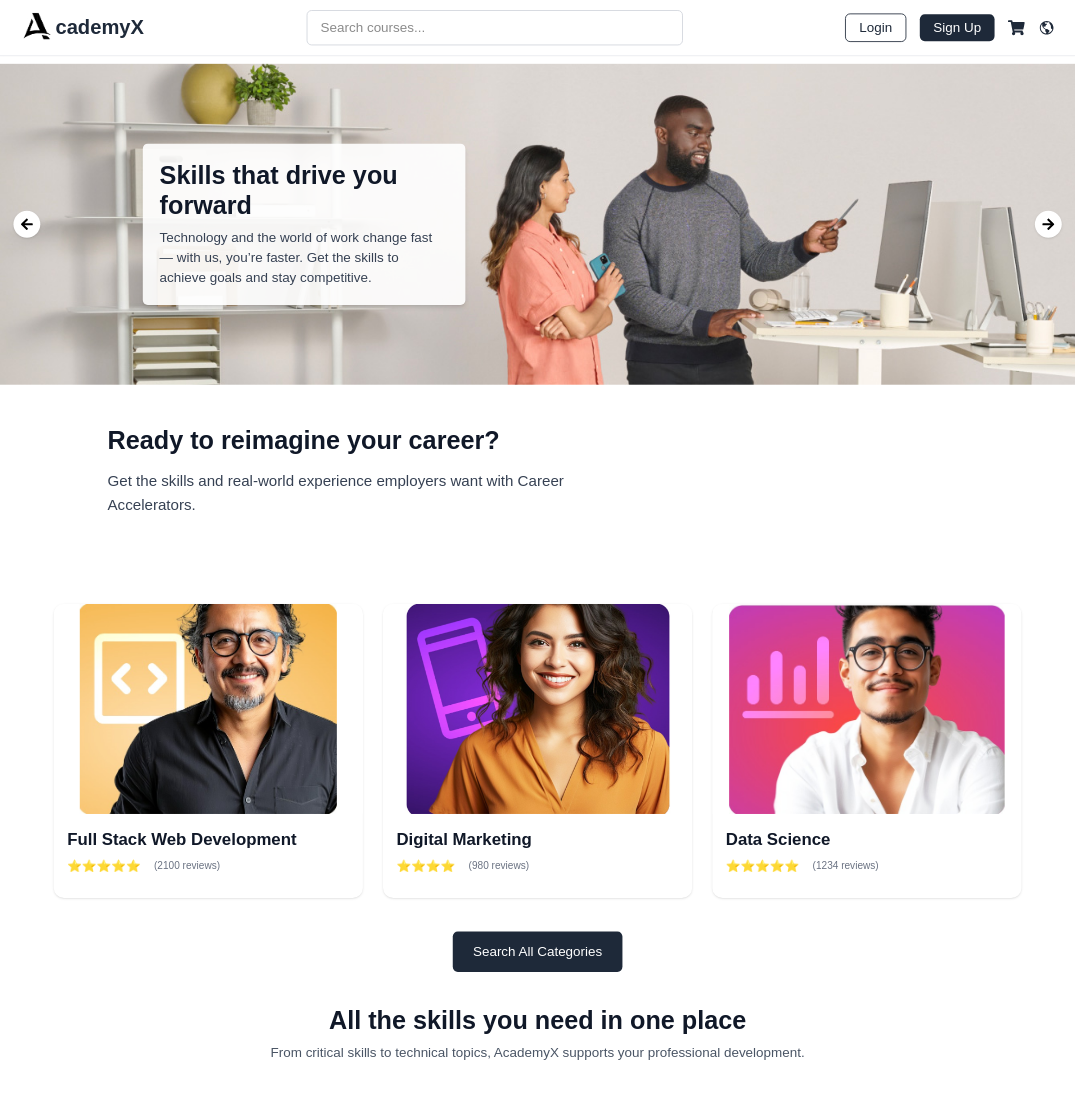
Repository: MohamedSalah54/full-stack-e-learning
Page: / (app in frontend/)
An editor plug-in stored every save of this project. The page is shown before and after the next save, followed by the edit.
The browser window is 1280 px wide. The pictures show the whole page, at 84% of full size.
The project was rebuilt for these pictures with package versions that can differ from the ones it lists, and the page was loaded fresh each time. The framework's server and built-in components were replaced by stand-ins that run in the browser. Also part of the build but not shown: frontend/next.config.ts.

Above is the page before, as saved 2025-06-15 14:25:45.

After the next save:
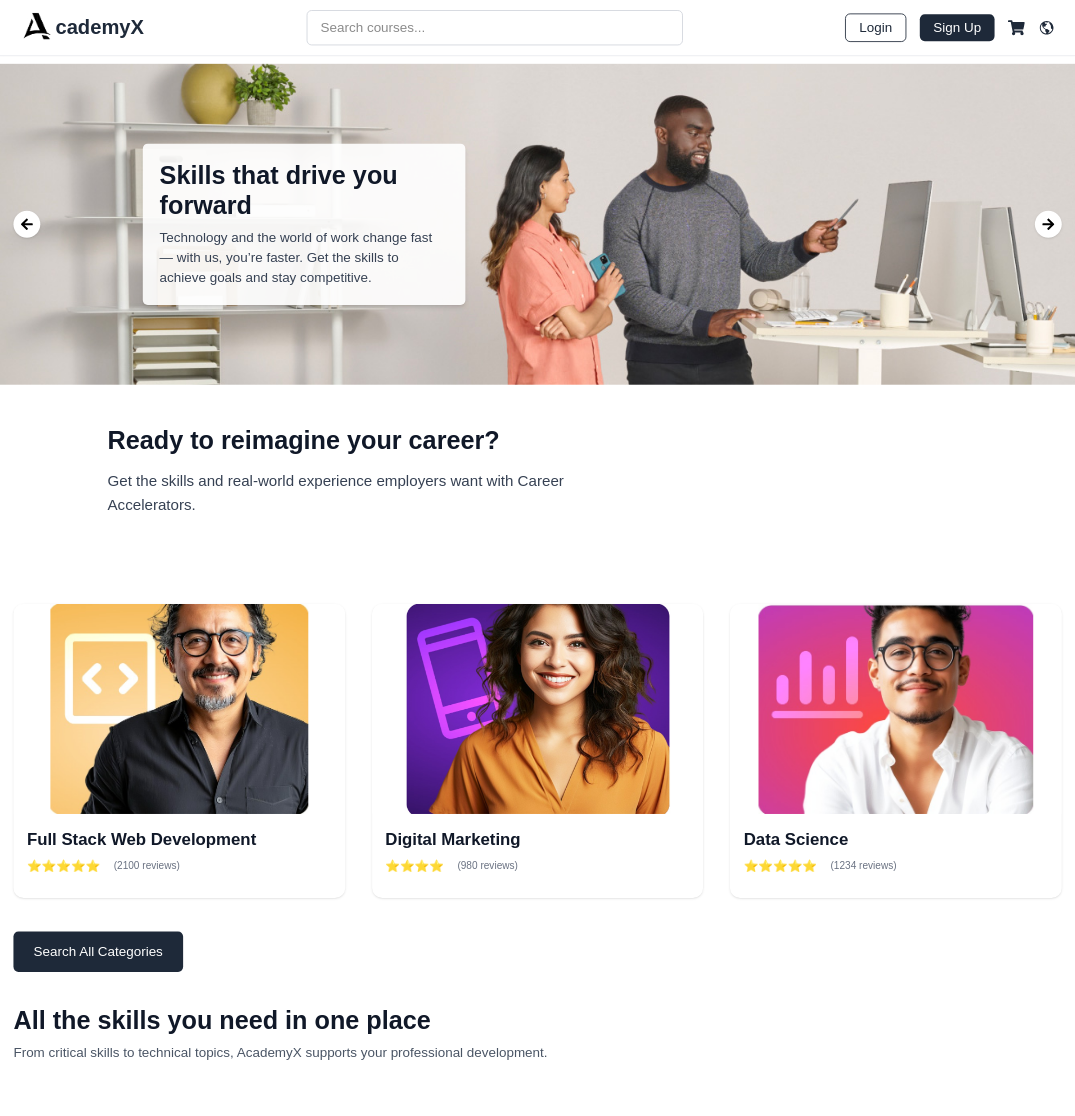
Saved 70 s later.
--- a/frontend/src/components/home/HeroCategories.tsx
+++ b/frontend/src/components/home/HeroCategories.tsx
@@ -3,37 +3,50 @@
 const HeroCategories = () => {
     const categories = heroCategories
     return (
-        <section className="w-full py-16 px-4 bg-white">
-            {/* Cards */}
-            <div className="max-w-6xl mx-auto grid grid-cols-1 sm:grid-cols-2 md:grid-cols-3 gap-6">
-                {categories.map((cat, index) => (
-                    <div key={index} className="bg-white rounded-xl overflow-hidden shadow transition min-h-[350px]">
-                        <img src={cat.image} alt={cat.title} className="w-full h-[250px] object-contain bg-white" />
-                        <div className="p-4">
-                            <h3 className="text-xl font-semibold text-gray-900 mb-2">{cat.title}</h3>
-                            <p className="text-sm text-gray-600 flex items-center gap-2">
-                                {"⭐".repeat(Math.round(cat.rating))}
-                                <span className="text-xs text-gray-500 ml-2">({cat.reviews} reviews)</span>
-                            </p>
-                        </div>
-                    </div>
+       <section className="w-full py-16 px-4 bg-white">
+  {/* Cards */}
+  <div className="max-w-7xl mx-auto grid grid-cols-1 sm:grid-cols-2 lg:grid-cols-3 gap-8">
+    {categories.map((cat, index) => (
+      <div
+        key={index}
+        className="bg-white rounded-xl overflow-hidden shadow transition min-h-[350px] hover:bg-gray-100 cursor-pointer"
+      >
+        <img
+          src={cat.image}
+          alt={cat.title}
+          className="w-full h-[250px] object-contain bg-white"
+        />
+        <div className="p-4">
+          <h3 className="text-xl font-semibold text-gray-900 mb-2">{cat.title}</h3>
+          <p className="text-sm text-gray-600 flex items-center gap-2">
+            {"⭐".repeat(Math.round(cat.rating))}
+            <span className="text-xs text-gray-500 ml-2">
+              ({cat.reviews} reviews)
+            </span>
+          </p>
+        </div>
+      </div>
+    ))}
+  </div>
 
-                ))}
-            </div>
+  {/* Search button */}
+  <div className="flex justify-start mt-10 max-w-7xl mx-auto">
+    <button className="bg-gray-800 text-white px-6 py-3 rounded-md hover:bg-gray-700 transition cursor-pointer">
+      Search All Categories
+    </button>
+  </div>
 
-            {/* Search button */}
-            <div className="flex justify-center mt-10">
-                <button className="bg-gray-800 text-white px-6 py-3 rounded-md hover:bg-gray-700 transition cursor-pointer">
-                    Search All Categories
-                </button>
-            </div>
+  {/* Heading + Span */}
+  <div className="text-left mt-10 max-w-7xl mx-auto">
+    <h1 className="text-3xl font-bold text-gray-900 mb-2">
+      All the skills you need in one place
+    </h1>
+    <span className="text-gray-600 text-base">
+      From critical skills to technical topics, AcademyX supports your professional development.
+    </span>
+  </div>
+</section>
 
-            {/* Heading + Span */}
-            <div className="text-center mt-10">
-                <h1 className="text-3xl font-bold text-gray-900 mb-2">All the skills you need in one place</h1>
-                <span className="text-gray-600 text-base">From critical skills to technical topics, AcademyX supports your professional development.</span>
-            </div>
-        </section>
     );
 };
 
